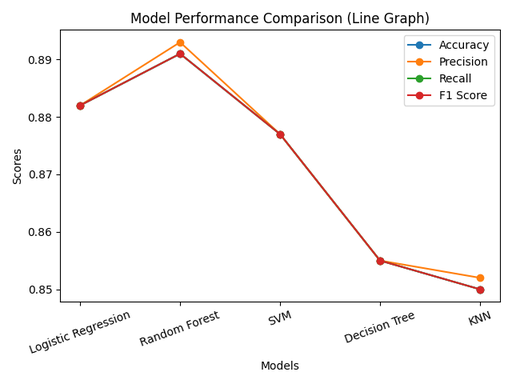
Repository: PratapOP/Stress_Management_System
Script's output: python run_live.py
The author's editor kept a copy of each file at every save. The script's output is drawn from the files as they stood at one save, then again after the next save.
The pictures are shown at 80% of full size.
Each picture stacks the figures in order, with grey between them; figures that are only written to a file come last. Random numbers start from a fixed seed.

Above is the script's output before, as saved 2026-03-18 23:12:46.

After the next save:
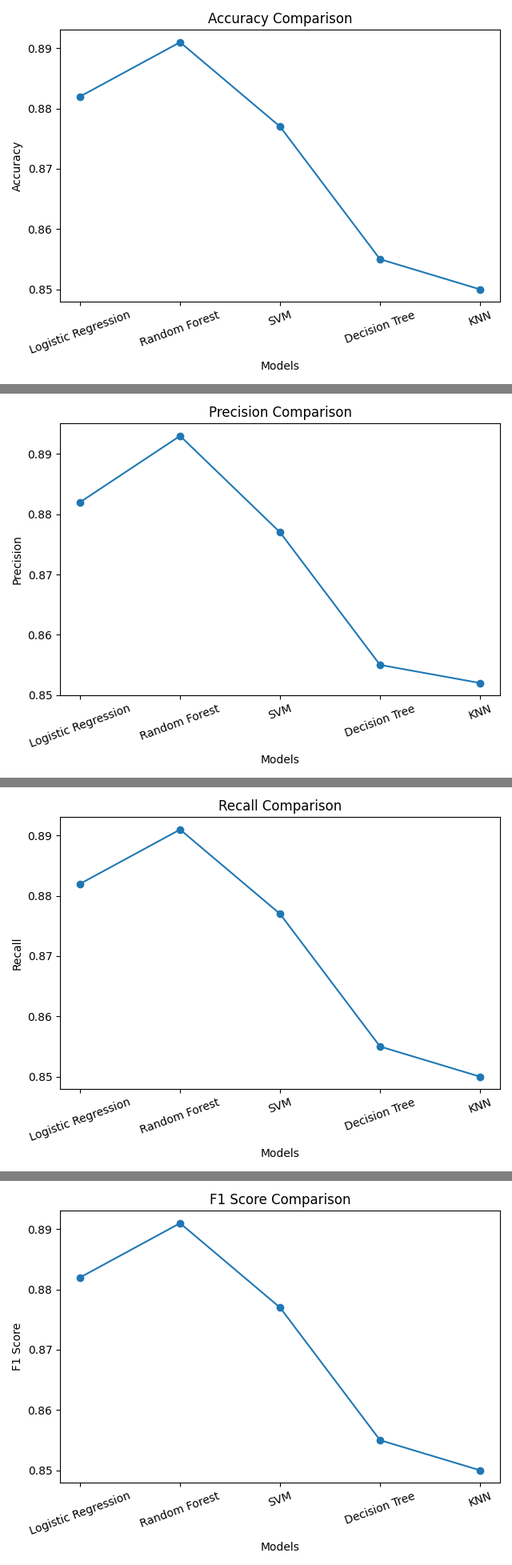
Saved 2 min 3 s later.
--- a/run_live.py
+++ b/run_live.py
@@ -1,33 +1,52 @@
 import matplotlib.pyplot as plt
 
-# Models
 models = ['Logistic Regression', 'Random Forest', 'SVM', 'Decision Tree', 'KNN']
 
-# Metrics
 accuracy = [0.882, 0.891, 0.877, 0.855, 0.850]
 precision = [0.882, 0.893, 0.877, 0.855, 0.852]
 recall = [0.882, 0.891, 0.877, 0.855, 0.850]
 f1_score = [0.882, 0.891, 0.877, 0.855, 0.850]
 
-# Create plot
+# 1. Accuracy Graph
 plt.figure()
+plt.plot(models, accuracy, marker='o')
+plt.title('Accuracy Comparison')
+plt.xlabel('Models')
+plt.ylabel('Accuracy')
+plt.xticks(rotation=20)
+plt.tight_layout()
+plt.savefig('accuracy.png', dpi=300)
+plt.show()
 
-plt.plot(models, accuracy, marker='o', label='Accuracy')
-plt.plot(models, precision, marker='o', label='Precision')
-plt.plot(models, recall, marker='o', label='Recall')
-plt.plot(models, f1_score, marker='o', label='F1 Score')
+# 2. Precision Graph
+plt.figure()
+plt.plot(models, precision, marker='o')
+plt.title('Precision Comparison')
+plt.xlabel('Models')
+plt.ylabel('Precision')
+plt.xticks(rotation=20)
+plt.tight_layout()
+plt.savefig('precision.png', dpi=300)
+plt.show()
 
-# Labels and title
+# 3. Recall Graph
+plt.figure()
+plt.plot(models, recall, marker='o')
+plt.title('Recall Comparison')
 plt.xlabel('Models')
-plt.ylabel('Scores')
-plt.title('Model Performance Comparison (Line Graph)')
+plt.ylabel('Recall')
+plt.xticks(rotation=20)
+plt.tight_layout()
+plt.savefig('recall.png', dpi=300)
+plt.show()
 
+# 4. F1 Score Graph
+plt.figure()
+plt.plot(models, f1_score, marker='o')
+plt.title('F1 Score Comparison')
+plt.xlabel('Models')
+plt.ylabel('F1 Score')
 plt.xticks(rotation=20)
-plt.legend()
-
 plt.tight_layout()
-
-# Save image
-plt.savefig('model_comparison_line.png', dpi=300)
-
+plt.savefig('f1_score.png', dpi=300)
 plt.show()
